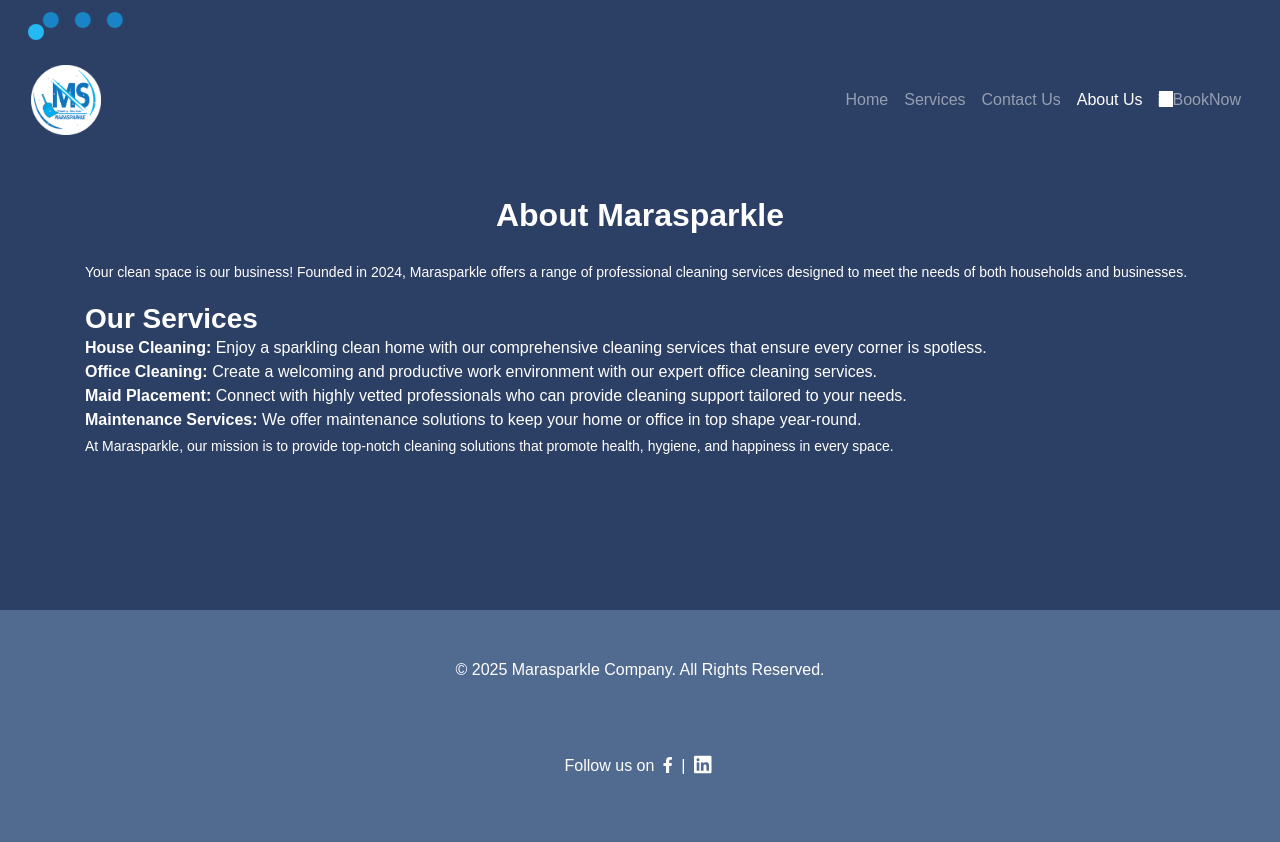
Repository: guineveretim/sparkle
Page: http://localhost/about/
The author's editor kept a copy of each file at every save. The page is drawn from the files as they stood at one save, then again after the next save.
The browser window is 1280 px wide. The pictures show the whole page.
The page is served by the project's application, run on Django 5.2 (manage.py).

Above is the page before, as saved 2025-03-26 14:28:32.

After the next save:
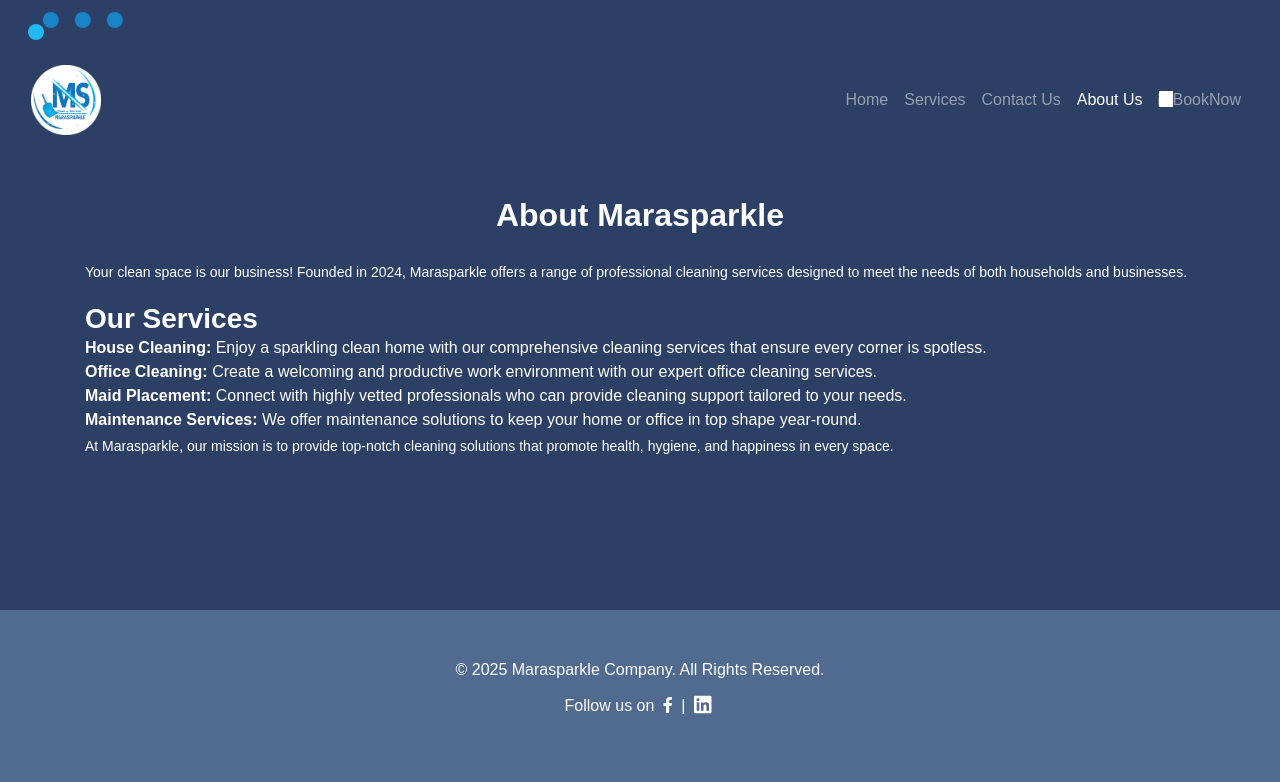
Saved 14 s later.
--- a/templates/application/about.html
+++ b/templates/application/about.html
@@ -99,7 +99,7 @@
                 <div class="col-12">
                     <p>© 2025 Marasparkle Company. All Rights Reserved.</p>
                 </div>
-                <div class="col-12" style="margin-top: -20px;">
+                <div class="col-12" style="margin-top: -80px;">
                     <p style="color: white;">
                         Follow us on
                         <a href="https://www.facebook.com/profile.php?id=61573551016908" class="mx-1 text-white" aria-label="Follow us on Facebook">
